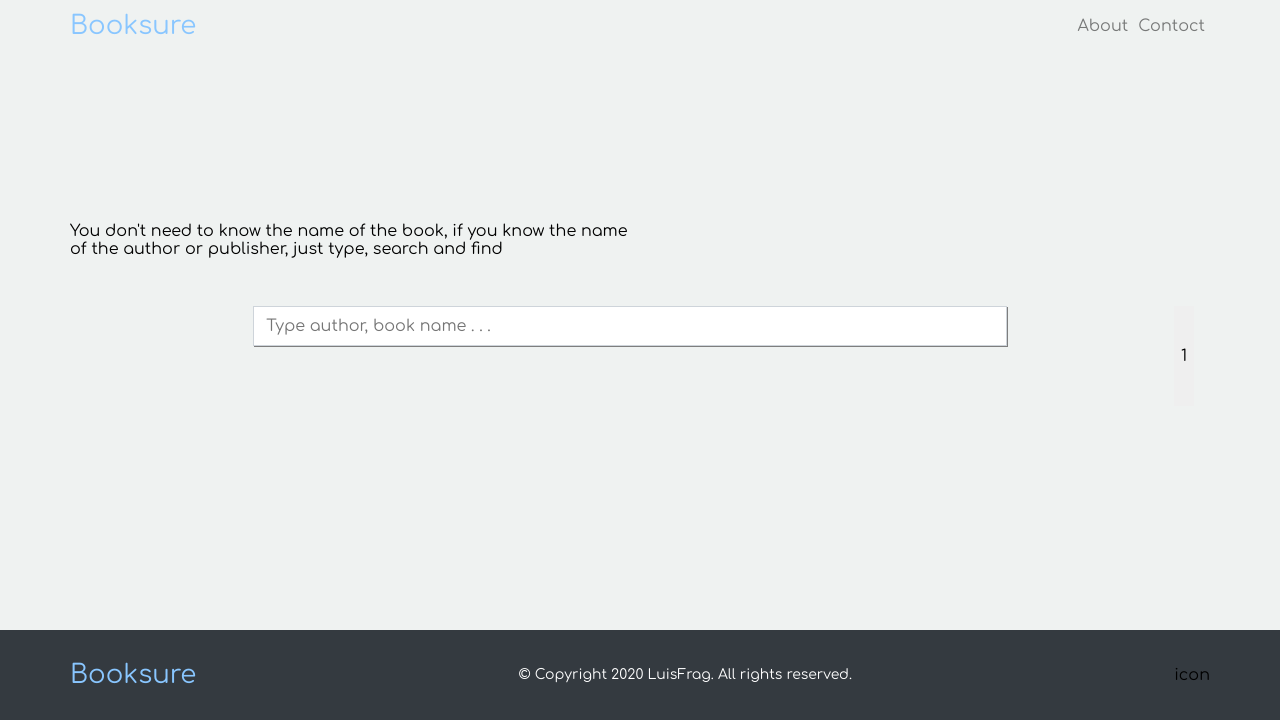
Repository: changesxxx/searchBooks
Page: /search
These files come from the project's save history. The page is drawn as it stood at one moment and after the next save; the edit follows.
The browser window is 1280 px wide. The pictures show the whole page.
The project was rebuilt for these pictures with package versions that can differ from the ones it lists, and the page was loaded fresh each time. Also part of the build but not shown: craco.config.js.

Above is the page before, as saved 2024-06-24 18:09:51.

### public/index.html
<!DOCTYPE html>
<html lang="en">

<head>
  <meta charset="utf-8" />
  <link rel="icon" href="%PUBLIC_URL%/favicon.ico" />
  <meta name="viewport" content="width=device-width, initial-scale=1" />
  <meta name="theme-color" content="#000000" />
  <meta name="description" content="Web site created using create-react-app" />
  <link rel="apple-touch-icon" href="%PUBLIC_URL%/logo192.png" />
  <!--
      manifest.json provides metadata used when your web app is installed on a
      user's mobile device or desktop. See https://developers.google.com/web/fundamentals/web-app-manifest/
    -->
  <link rel="manifest" href="%PUBLIC_URL%/manifest.json" />
  <!--
      Notice the use of %PUBLIC_URL% in the tags above.
      It will be replaced with the URL of the `public` folder during the build.
      Only files inside the `public` folder can be referenced from the HTML.

      Unlike "/favicon.ico" or "favicon.ico", "%PUBLIC_URL%/favicon.ico" will
      work correctly both with client-side routing and a non-root public URL.
      Learn how to configure a non-root public URL by running `npm run build`.
    -->
  <title>SearchBooks</title>
</head>

<body>
  <noscript>You need to enable JavaScript to run this app.</noscript>
  <div id="root"></div>
  <!--
      This HTML file is a template.
      If you open it directly in the browser, you will see an empty page.

      You can add webfonts, meta tags, or analytics to this file.
      The build step will place the bundled scripts into the <body> tag.

      To begin the development, run `npm start` or `yarn start`.
      To create a production bundle, use `npm run build` or `yarn build`.
    -->
</body>

</html>

### src/index.js
import React from 'react'

import ReactDOM from 'react-dom/client'

//router
import { BrowserRouter } from 'react-router-dom'

//css重置
import 'normalize.css'
import '@/assets/css/index.css'

import App from './App.jsx'

const root = ReactDOM.createRoot(document.getElementById('root'))

root.render(
  <BrowserRouter>
    <App />
  </BrowserRouter>,
)

### src/assets/css/index.css
@import './reset.css';
@import './common.css';

### src/App.jsx
import React, { memo, useEffect, useState, Suspense } from 'react'
import { useRoutes, useLocation } from 'react-router-dom'
import routes from '@/router'

import PageHeader from './components/pageHeader/PageHeader'
import PageFooter from './components/pageFooter/PageFooter'

const App = memo(() => {
  const [flag, setFlag] = useState(true)

  const location = useLocation()

  useEffect(() => {
    const isExistence = routes.some((route) => location.pathname === route.path)
    setFlag(isExistence)
  }, [location])

  return (
    <Suspense>
      <div
        style={{ display: 'flex', flexDirection: 'column', height: '100vh' }}
      >
        {flag && <PageHeader></PageHeader>}
        {useRoutes(routes)}
        {flag && <PageFooter></PageFooter>}
      </div>
    </Suspense>
  )
})

export default App

### src/assets/css/reset.css
/* 样式的重置 */
body,
html,
h1,
h2,
h3,
h4,
h5,
h6,
ul,
ol,
li,
dl,
dt,
dd,
header,
menu,
section,
p,
input,
td,
th,
ins {
  padding: 0;
  margin: 0;
}

ul,
ol,
li {
  list-style: none;
}

a {
  text-decoration: none;
  color: #666;
}

a:hover {
  color: #666;
  text-decoration: underline;
}

i,
em {
  font-style: normal;
}

input,
textarea,
button,
select,
a {
  outline: none;
  border: none;
}

table {
  border-collapse: collapse;
  border-spacing: 0;
}

img {
  border: none;
  vertical-align: middle;
}

### src/assets/css/common.css
body {
  background-color: #eff2f1;
  font-family: Comfortaa-Regular;
}

@font-face {
  font-family: Comfoorta-Bold;
  src: url('../font/Comfortaa-Bold.ttf');
}

@font-face {
  font-family: Comfortaa-Regular;
  src: url('../font/Comfortaa-Regular.ttf');
}

@font-face {
  font-family: Comfortaa-Light;
  src: url('../font/Comfortaa-Light.ttf');
}

.content_mid {
  width: 1140px;
  margin: 0 auto;
}

### src/router/index.js
import React from 'react'
import { Navigate } from 'react-router-dom'

//组件
const Home = React.lazy(() => import('@/view/home/Home'))
const Search = React.lazy(() => import('@/view/search/Search'))
const Error = React.lazy(() => import('@/view/error/Error'))

const routes = [
  {
    path: '/',
    element: <Navigate to="/home"></Navigate>,
  },
  {
    path: '/home',
    element: <Home />,
  },
  {
    path: '/search',
    element: <Search />,
  },
  {
    path: '*',
    element: <Error />,
  },
]

export default routes

### src/components/pageHeader/PageHeader.jsx
import React, { memo } from 'react'

import { useNavigate } from 'react-router-dom'

import HeaderWrapper from './style'

const PageHeader = memo(() => {
  const navigate = useNavigate()

  function goHome() {
    navigate('/home')
  }

  return (
    <HeaderWrapper className="content_mid">
      <div
        className="title"
        onClick={() => {
          goHome()
        }}
        style={{ cursor: 'pointer' }}
      >
        Booksure
      </div>
      <div className="other">
        <div className="item">About</div>
        <div className="item">Contoct</div>
      </div>
    </HeaderWrapper>
  )
})

export default PageHeader

### src/components/pageFooter/PageFooter.jsx
import React, { memo } from 'react'

import FooterWrapper from './style'

const PageFooter = memo(() => {
  return (
    <FooterWrapper>
      <div className="content_mid content ">
        <div className="title">Booksure</div>
        <div className="text">
          © Copyright 2020 LuisFrag. All rights reserved.
        </div>
        <div className="icon">icon</div>
      </div>
    </FooterWrapper>
  )
})

export default PageFooter

### src/view/search/Search.jsx
import React, { memo } from 'react'

import SearchWrapper from './style'

import searchIcon from '@/assets/img/search-icon.svg'

const Search = memo(() => {
  return (
    <SearchWrapper className="content_mid">
      <div className="describe">
        <div>
          You don't need to know the name of the book, if you know the name of
          the author or publisher, just type, search and find
        </div>
        <div></div>
      </div>

      <div className="input">
        <input
          className="search-input"
          type="text"
          placeholder="Type author, book name . . ."
        />

        <button className="search-btn">1</button>
      </div>
    </SearchWrapper>
  )
})

export default Search

### src/components/pageHeader/style.js
import { styled } from 'styled-components'

const HeaderWrapper = styled.div`
  display: flex;
  justify-content: space-between;
  height: 40px;
  margin-top: 6px;
  padding: 0 15px;

  .title {
    display: flex;
    height: 100%;
    align-items: center;

    font-size: 26px;
    color: #89c6ff;
  }

  .other {
    display: flex;
    height: 100%;

    align-items: center;

    .item {
      margin: 0 5px;
      color: rgba(0, 0, 0, 0.5);
    }
  }
`
export default HeaderWrapper

### src/components/pageFooter/style.js
import { styled } from 'styled-components'

const FooterWrapper = styled.div`
  height: 90px;
  background-color: #343a40;

  .content {
    display: flex;
    height: 100%;
    justify-content: space-between;

    align-items: center;

    .title {
      font-size: 26px;
      color: #89c6ff;
    }

    .text {
      font-size: 14px;
      color: #fff;
    }
  }
`

export default FooterWrapper

### src/view/search/style.js
import { styled } from 'styled-components'

const searchWrapper = styled.div`
  flex: 1;
  display: flex;
  flex-direction: column;
  justify-content: center;

  .describe {
    display: flex;

    div {
      flex: 1;
    }
  }

  .input {
    display: flex;
    padding: 48px 16px;

    .search-input {
      box-sizing: border-box;

      width: 68%;
      height: 40px;
      margin: 0 auto;
      padding: 0.375rem 0.75rem;

      box-shadow: 1px 1px #7e7e7e;
      border: 1px solid #ced4da;
    }

    .search-btn {
      width: 20px;
      height: 100px;
    }
  }
`

export default searchWrapper

After the next save:
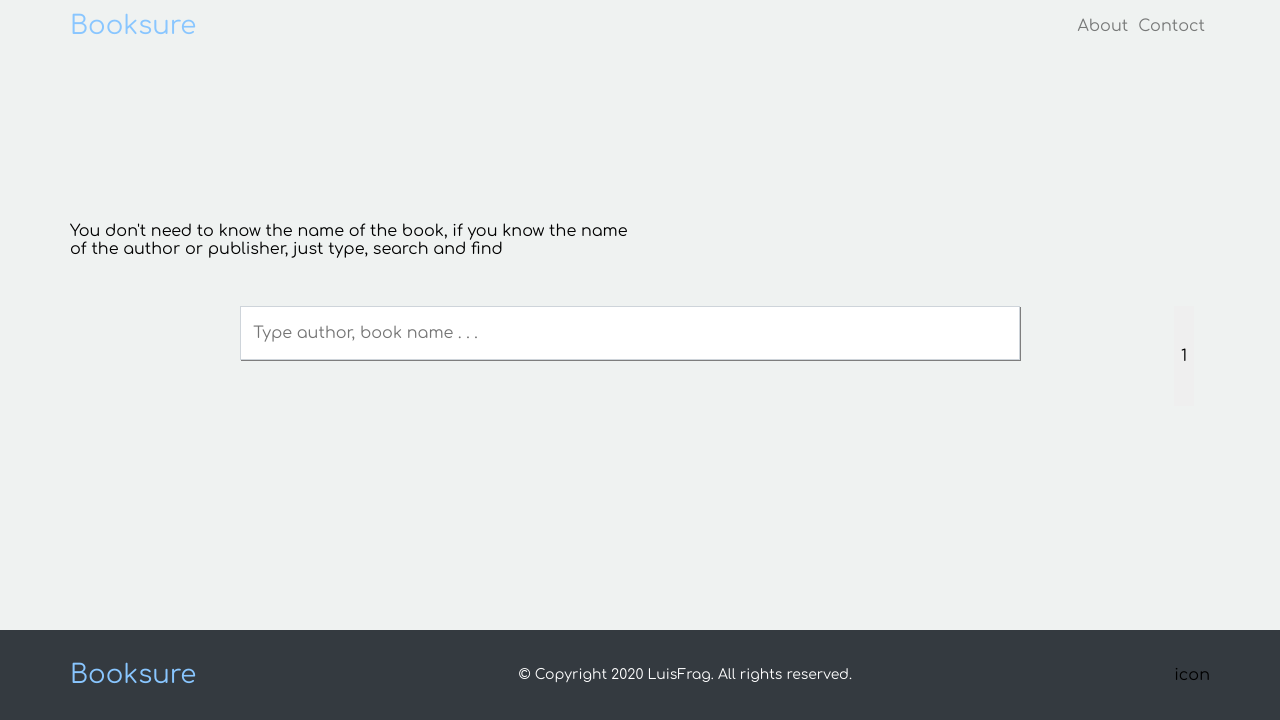
Saved 32 s later.
--- a/src/view/search/style.js
+++ b/src/view/search/style.js
@@ -19,8 +19,6 @@ const searchWrapper = styled.div`
     padding: 48px 16px;
 
     .search-input {
-      box-sizing: border-box;
-
       width: 68%;
       height: 40px;
       margin: 0 auto;
